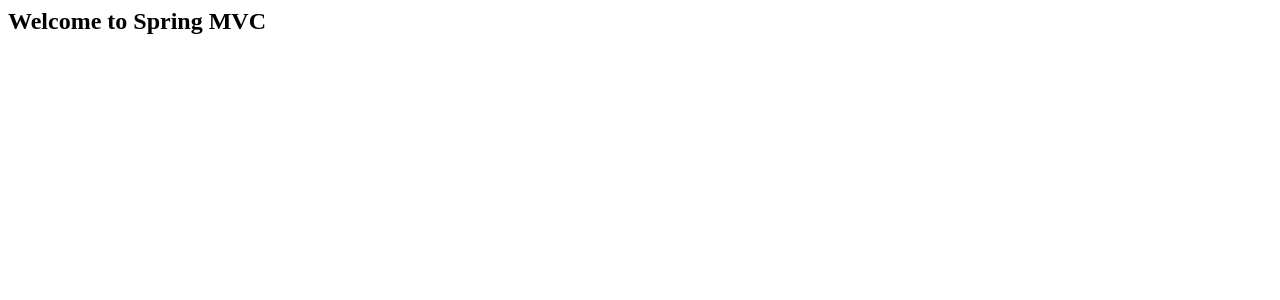
Repository: Hrithik25/Network-Labs
Page: http://localhost/mvcone/
An editor plug-in stored every save of this project. The page is shown before and after the next save, followed by the edit.
The browser window is 1280 px wide. The pictures show the whole page.
The page is served by Tomcat 9. Other server files are loaded and not shown.

Above is the page before, as saved 2022-08-19 05:30:28.

### Lab Web/mvcone/src/main/webapp/index.jsp
<html>
<body>
<h2>Welcome to Spring MVC</h2>
</body>
</html>

After the next save:
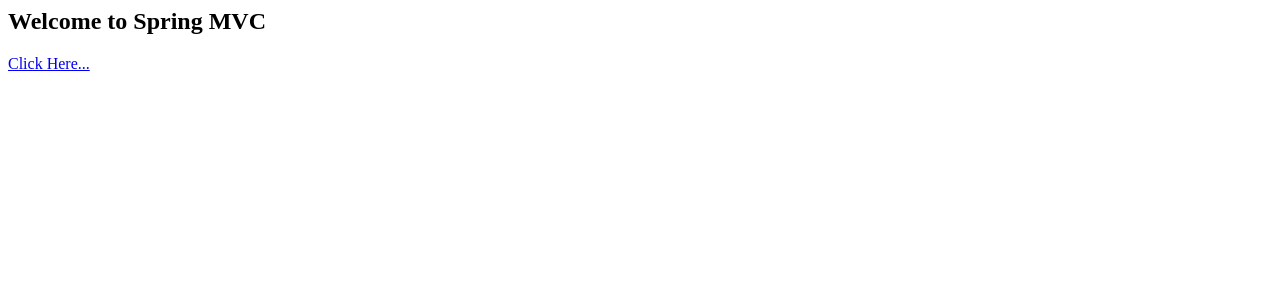
Saved 42 min 5 s later.
--- a/Lab Web/mvcone/src/main/webapp/index.jsp
+++ b/Lab Web/mvcone/src/main/webapp/index.jsp
@@ -1,5 +1,6 @@
 <html>
 <body>
 <h2>Welcome to Spring MVC</h2>
+<a href="hello">Click Here...</a>
 </body>
 </html>
